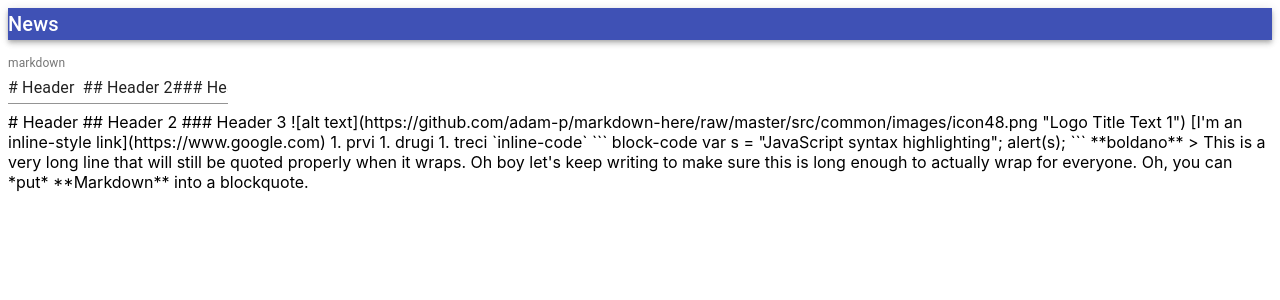
Repository: milac0/markdown-previewer
Page: /
An editor plug-in stored every save of this project. The page is shown before and after the next save, followed by the edit.
The browser window is 1280 px wide. The pictures show the whole page.
The project was rebuilt for these pictures with package versions that can differ from the ones it lists, and the page was loaded fresh each time.

Above is the page before, as saved 2019-10-22 15:04:03.

After the next save:
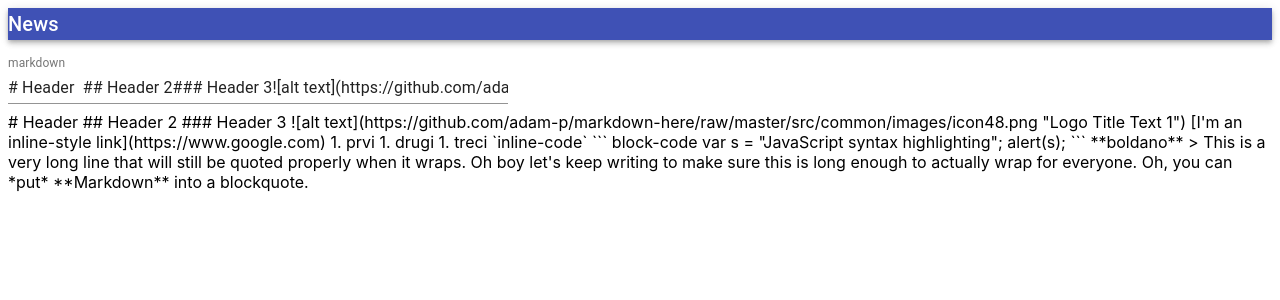
Saved 29 s later.
--- a/src/App.js
+++ b/src/App.js
@@ -30,6 +30,7 @@ const App = () => {
       <Grid container>
         <Grid item>
         <TextField
+        style={{width: 500}}
         fullWidth
         label="markdown"
         value={markdown}
